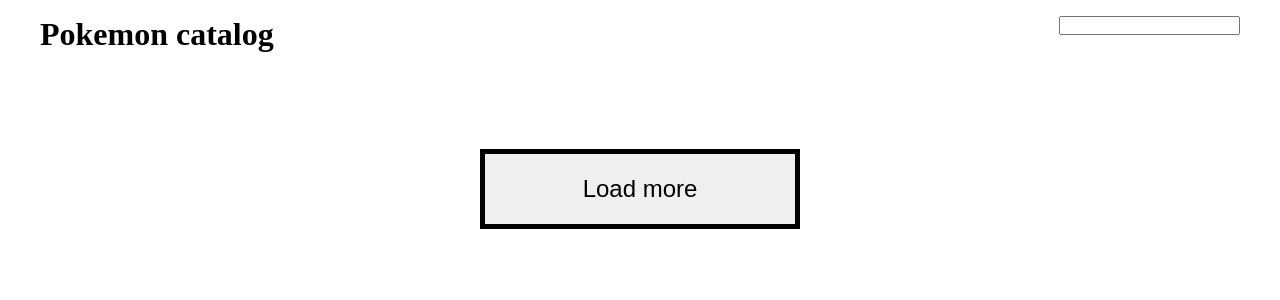
Repository: Ryszard-Penkala/pokemon-API
Page: index.html
The author's editor kept a copy of each file at every save. The page is drawn from the files as they stood at one save, then again after the next save.
The browser window is 1280 px wide. The pictures show the whole page.
The page's requests for data from a server got no answer.

Above is the page before, as saved 2020-06-28 09:58:03.
Console error: SyntaxError: Unexpected token '{'

### index.html
<!DOCTYPE html>
<html lang="en">
<head>
    <meta charset="UTF-8">
    <meta name="viewport" content="width=device-width, initial-scale=1.0">
    <link href="https://fonts.googleapis.com/css2?family=Lato:wght@400;700&amp;display=swap" rel="stylesheet">
    <link rel="stylesheet" href="assets/styles/styles.css">
    <title>Pokemon API</title>
</head>
<body>
    <main class="pokemon-app">
        <header class="header-main pokemon-app__header">
            <div class="header-main__catalog">
                <h1 class="header-main__heading">Pokemon catalog</h1>
            </div>
            <div class="header-main__search-bar">
                <input class="header-main__searching header-main__searching--active" type="text">
            </div>
        </header>
        <section class="section-main pokemon-app__section" data-content>

        </section>
        <footer class="footer-main pokemon-app__footer">
            <div class="footer-main__load-bar">
                <button class="footer-main__load-button" data-load-button>Load more</button>
                <div class="footer-main__loader hidden" data-loader><div></div><div></div><div></div></div>
            </div>

        </footer>
    </main>


    <script src="assets/js/script.js"></script>
    <script>
        const Catalog = new pokemonAPICatalog();
        Catalog.init();
    </script>
</body>
</html>

### assets/styles/styles.css
*, *::before, *::after{
    margin: 0;
    padding: 0;
    box-sizing: border-box;
}
.body{
    display: flex;
    font-family: "Lato", sans-serif;
}

.pokemon-app{
    max-width: 1200px;
    margin: 0 auto;
}

.header-main{
    display: flex;
    justify-content: space-between;
    padding: 1rem 0;
}

.header-mian__catalog{
    display: inline-block;
}

.header-main__search-bar{
    display: inline-block;
}

.section-main{
    display: grid;
    grid-gap: 25px;
    grid-template-columns: repeat(auto-fit, minmax(250px, 1fr));
}
.section-main__card{
    width: 250px;
}
.card__header{
    display: flex;
    justify-content: space-between;
    line-height: 24px;
}

.card__name{
    font-size: 24px;
}

.card__image{
    width: 250px;
}

.card--bold{
    font-weight: 700;
}

.footer-main__load-button{
  display: block;
  margin: 5rem auto;
  height: 5rem;
  width: 20rem;
  font-size: 24px;
  border: 5px solid;
  cursor: pointer;
}

.footer-main__load-button:hover{
  color: white;
  background-color: black;
  border: 5px solid black;
}

.footer-main__loader {
    display: block;
    position: relative;
    width: 80px;
    height: 5rem;
    margin: 5rem auto;
  }
  .footer-main__loader div {
    display: inline-block;
    position: absolute;
    left: 8px;
    width: 16px;
    background: blue;
    animation: footer-main__loader 1.2s cubic-bezier(0, 0.5, 0.5, 1) infinite;
  }
  .footer-main__loader div:nth-child(1) {
    left: 8px;
    animation-delay: -0.24s;
  }
  .footer-main__loader div:nth-child(2) {
    left: 32px;
    animation-delay: -0.12s;
  }
  .footer-main__loader div:nth-child(3) {
    left: 56px;
    animation-delay: 0;
  }
  @keyframes footer-main__loader {
    0% {
      top: 8px;
      height: 5rem;
    }
    50%, 100% {
      top: 24px;
      height: 3rem;
    }
  }

.hidden{
    display: none;
    background-color: green;
  }

### assets/js/script.js
class pokemonAPICatalog {
    constructor() {
        this.catalog = null;
        this.cards = [];
        this.page = 1;

        this.API = "https://api.pokemontcg.io";
        this.API_VERSION= "v1";
        this.API_RESOURCE = "cards?pageSize=4&page=2";
        this.API_PAGE_SIZE = "pageSize=4"
        this.API_PAGE = "page="

        this.API_ENDPOINT = `${this.API}/${this.API_VERSION}/${this.API_RESOURCE}?${this.API_PAGE_SIZE}&${this.API_PAGE}${this.page}`;

        this.UiSelectors = {
            content : `[data-content]`,
            loadButton : `[data-load-button]`,
            loader : `[data-loader]`
        }
    }
    init(){
        this.catalog = document.querySelector(this.UiSelectors.content);
        this.loadButton = document.querySelector(this.UiSelectors.loadButton);
        this.loader = document.querySelector(this.UiSelectors.loader);
        this.pullCards(this.API_ENDPOINT);
        this.loadButton.addEventListener("click",()=>{
            this.updateAPI_ENDPOINT();
            this.pullCards(this.API_ENDPOINT);
        })

    }

    updateAPI_ENDPOINT(){
        this.page += 1;
        this.API_ENDPOINT = `${this.API}/${this.API_VERSION}/${this.API_RESOURCE}?${this.API_PAGE_SIZE}&${this.API_PAGE}${this.page}`;
    }

    updateClassList{
        this.loadButton.classList.toggle('hidden');
        this.loader.classList.toggle('hidden');
    }

    async pullCards(url){
        this.updateClassList();
        const { cards } = await this.fetchData(url)
        this.cards = [...cards];
        this.addCards(this.cards);
        this.updateClassList();
    }


    async fetchData(url){
        const response = await fetch(url);
        const parsedResponse = await response.json();

        return parsedResponse;
    }

    addCards(cards){
        this.cards.map(card => {
            this.catalog.insertAdjacentHTML("beforeend", this.drawCard(card))
        });
    }

    drawCard(card){
        return(
            `<span class="section-main__card">
                <header class="card__header">
                    <span class="card__name card--bold">${card.name}</span>
                    <span class="card__id">Nr: ${card.number}</span>
                </header>
                <img src=${card.imageUrl} class="card__image">
                <footer class="card_footer">
                    <div class="card__supertype">
                        <span class="card__supertype card--bold">Supertype : </span>
                        ${card.supertype}
                    </div>
                    <div class="card__subtype">
                        <span class="card__subtype card--bold">Subtype : </span>
                        ${card.subtype}
                    </div>
                    <div class="card__rarity">
                        <span class="card__rarity card--bold">Rarity : </span>
                        ${card.rarity}
                    </div>
                </footer>
            </span>`
        )
    }
}

After the next save:
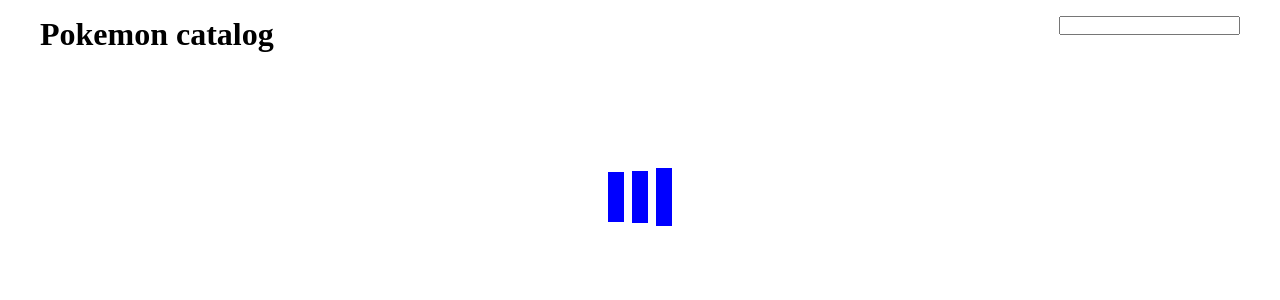
The error is gone.
Saved 41 s later.
--- a/assets/js/script.js
+++ b/assets/js/script.js
@@ -27,7 +27,6 @@
             this.updateAPI_ENDPOINT();
             this.pullCards(this.API_ENDPOINT);
         })
-
     }
 
     updateAPI_ENDPOINT(){
@@ -35,7 +34,7 @@
         this.API_ENDPOINT = `${this.API}/${this.API_VERSION}/${this.API_RESOURCE}?${this.API_PAGE_SIZE}&${this.API_PAGE}${this.page}`;
     }
 
-    updateClassList{
+    updateClassList(){
         this.loadButton.classList.toggle('hidden');
         this.loader.classList.toggle('hidden');
     }
